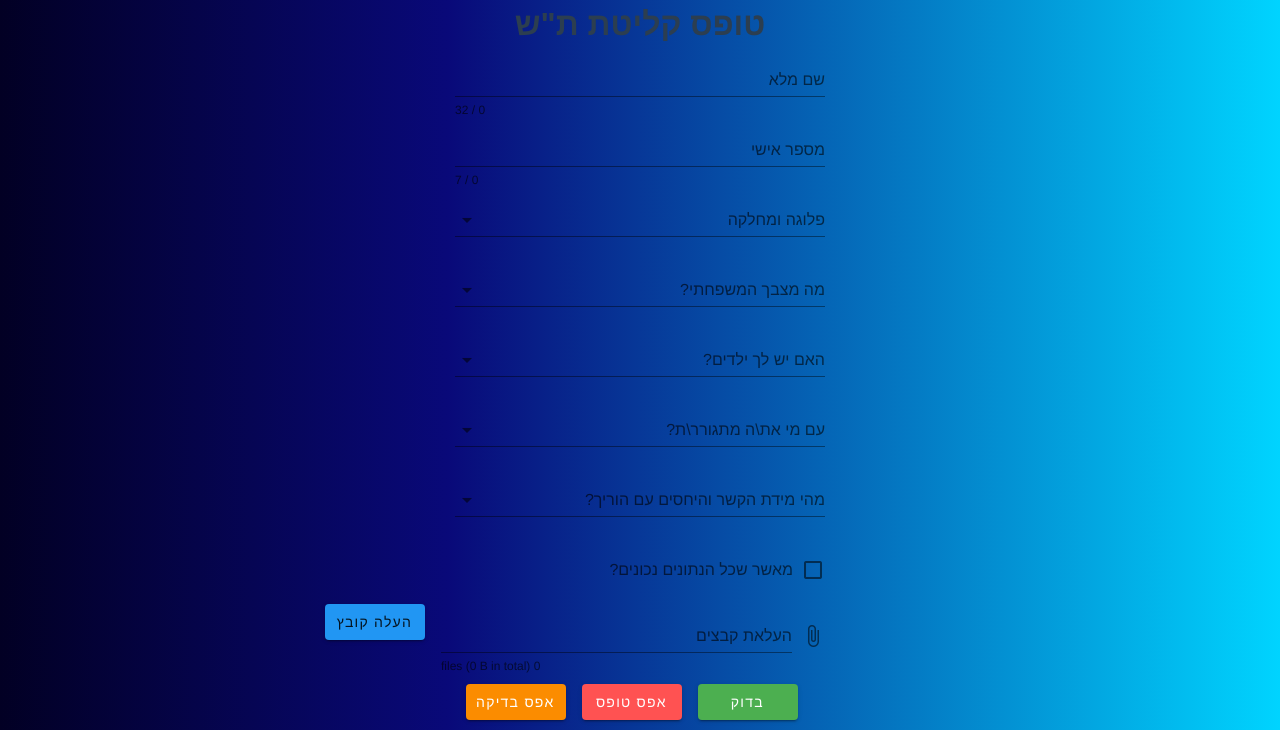
Repository: Natanhel/klitat-tash
Page: /
An editor plug-in stored every save of this project. The page is shown before and after the next save, followed by the edit.
The browser window is 1280 px wide. The pictures show the whole page.
The page's requests for data from a server got no answer. The project was rebuilt for these pictures with package versions that can differ from the ones it lists, and the page was loaded fresh each time. No one was signed in, and anything a server would have sent is missing. Also part of the build but not shown: vue.config.js.

Above is the page before, as saved 2020-12-01 18:04:59.

After the next save:
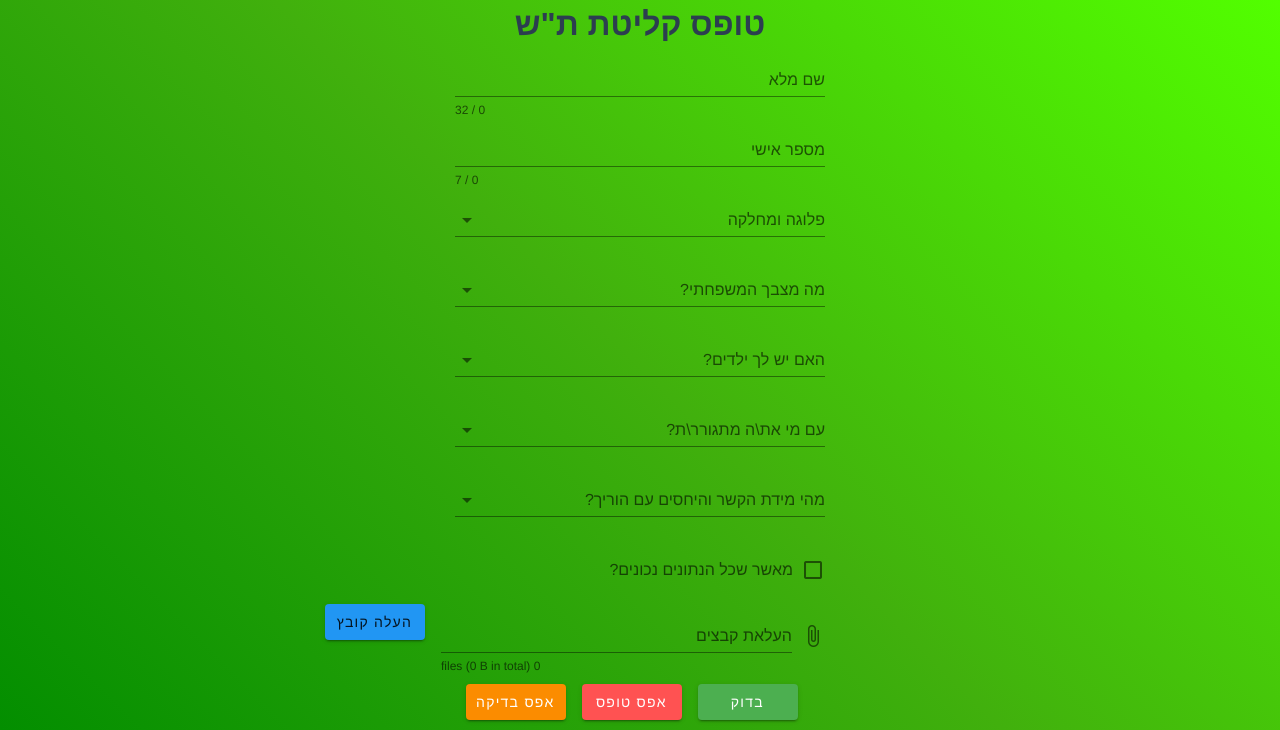
Saved 90 s later.
--- a/src/App.vue
+++ b/src/App.vue
@@ -273,8 +273,9 @@ form
 }
 html
 {
-  background: rgb(2,0,36);
-  background: linear-gradient(90deg, rgba(2,0,36,1) 0%, rgba(9,9,121,1) 35%, rgba(0,212,255,1) 100%);
-
+  /* background: rgb(2,0,36);
+  background: linear-gradient(90deg, rgba(2,0,36,1) 0%, rgba(9,9,121,1) 35%, rgba(0,212,255,1) 100%); */
+  background: rgb(3,142,0);
+background: linear-gradient(45deg, rgba(3,142,0,1) 0%, rgba(65,176,13,1) 50%, rgba(82,255,0,1) 100%);
 }
 </style>
